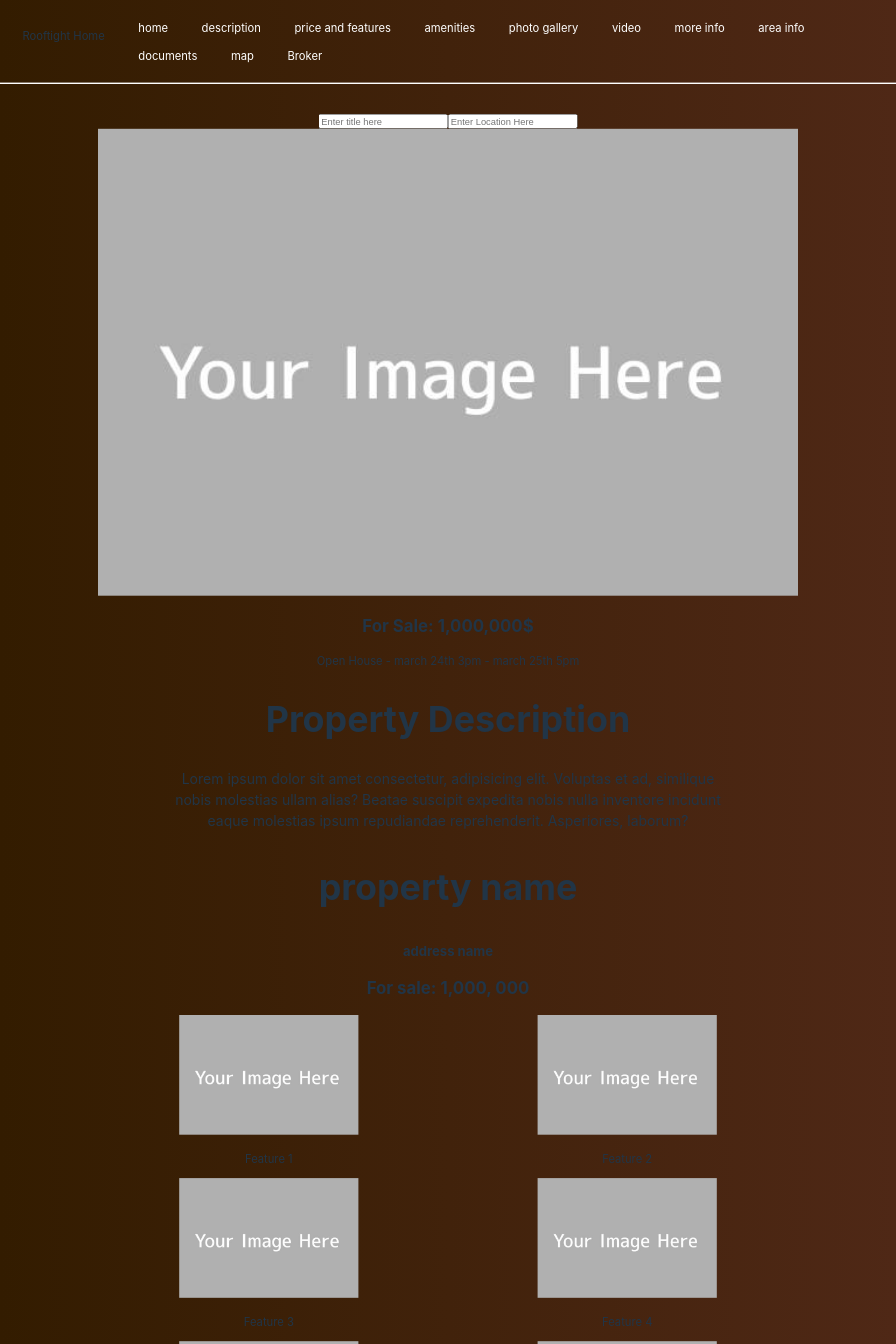
Repository: TMuse333/real_estate_property
Page: /create-property
The author's editor kept a copy of each file at every save. The page is drawn from the files as they stood at one save, then again after a run of saves.
The browser window is 1280 px wide. The pictures show the part of the page from y = 0 to 1920 px (the page is 10025 px tall before and 9476 px after), at 70% of full size.
The project was rebuilt for these pictures with package versions that can differ from the ones it lists, and the page was loaded fresh each time. Also part of the build but not shown: vite.config.js, src/components/newPage/newPage.jsx, src/components/homepage/homepage.jsx, src/data/data.js, src/components/createPage/createPage.css, src/components/createPage/createPage.jsx.

Above is the page before, as saved 2024-04-15 06:01:05.

### index.html
<!doctype html>
<html lang="en">
  <head>
    <meta charset="UTF-8" />
    <link rel="icon" type="image/svg+xml" href="/vite.svg" />
    <meta name="viewport" content="width=device-width, initial-scale=1.0" />
    <title>Rooftight Home</title>
  </head>
  <body>
    <div id="root"></div>
    <script type="module" src="/src/main.jsx"></script>
  </body>
</html>

### src/main.jsx
import './index.css'
import * as React from 'react';
import { StrictMode } from 'react';
import { createRoot } from 'react-dom/client';
import { BrowserRouter } from 'react-router-dom';


import App from './App';

const rootElement = document.getElementById('root');
const root = createRoot(rootElement);

root.render(
  // <StrictMode>
    <BrowserRouter>

    <App />


    </BrowserRouter>
  // </StrictMode>
);

### src/index.css
:root {
  font-family: Inter, system-ui, Avenir, Helvetica, Arial, sans-serif;
  line-height: 1.5;
  font-weight: 400;

  color-scheme: light dark;
  color: rgba(255, 255, 255, 0.87);
  background-color: #242424;

  font-synthesis: none;
  text-rendering: optimizeLegibility;
  -webkit-font-smoothing: antialiased;
  -moz-osx-font-smoothing: grayscale;
  /* overflow-x: hidden; */
}

a {
  font-weight: 500;
  color: #646cff;
  text-decoration: inherit;
}
a:hover {
  color: #535bf2;
}

body {
  margin: 0;
  display: flex;
  place-items: center;
  /* min-width: 320px; */
  min-height: 100vh;
}

h1 {
  font-size: 3.2em;
  line-height: 1.1;
}

button {
  border-radius: 8px;
  border: 1px solid transparent;
  padding: 0.6em 1.2em;
  font-size: 1em;
  font-weight: 500;
  font-family: inherit;
  background-color: #1a1a1a;
  cursor: pointer;
  transition: border-color 0.25s;
}
button:hover {
  border-color: #646cff;
}
button:focus,
button:focus-visible {
  outline: 4px auto -webkit-focus-ring-color;
}

@media (prefers-color-scheme: light) {
  :root {
    color: #213547;
    background-color: #ffffff;
  }
  a:hover {
    color: #747bff;
  }
  button {
    background-color: #f9f9f9;
  }
}

### src/App.jsx
import React, { useState ,useEffect} from 'react';
import { Routes, Route } from 'react-router-dom';

import Homepage from './components/homepage/homepage';
import Property from './components/property/property';
import NewPage from './components/newPage/newPage';
import CreatePage from './components/createPage/createPage';
import { ImageProvider } from './context/imageContext';


function App() {








  // Function to add a new route to the code2 state


  return (

     <ImageProvider>


      <Routes>
        <Route path="/" element={<Property />} />
        {/* <Route path="/property" element={<Property />} /> */}
        <Route path='create-page'
        element={<CreatePage/>}>

        </Route>

       <Route path='create-property'
       element={<Property
       inputVariant={true}/>}>

       </Route>

      </Routes>
      </ImageProvider>

  );
}

export default App;

### src/components/property/property.jsx
import React from "react";
import ImageSlider from "../carousel2/carosuel2";
import Features from "../features/features";
import img from '../../media/place-holder.jpg'

import kakashi from '../../media/kakashi_susanoo.jpg';
import sasuke from '../../media/sasuke.jpg';
import vegeta from '../../media/majin-vegeta.png';

import './property.css'
import ProductCarousel from "../productCarousel/productCarousel";
import Documents from "../documents/documents";
import GoogleMaps from "../maps/googleMaps";
import Testimonials from "../testimonials/testimonials";
import Profile from "../realtorProfile/profile";
import Footer from "../footer/footer";
import Navbar from "../navbar/navbar";
import HydroList from "../hydrolist/hydrolist";
import { hydroText } from "../../data/data";
import { useEffect } from "react";





const Property = ({propertyHerobanner,
  propertyPrice, propertyOpeningDate,
  propertyClosingDate,
  propertyMainDescription,
  propertyDescription2,
  propertyDescription3,
  propertyVideo,

  featureAttributes,
  sliderImages, carouselImages1,
  carouselImages2,
  documents,
  factsList,
  profile,
  inputVariant


  }) => {


useEffect(()=>{
    console.log('the property herobanner is',
    propertyHerobanner)
},[propertyHerobanner])

    return (

        <>

        {!inputVariant ? (




        <section className="property-container ">
            <Navbar/>

            <div className="property-herobanner"
            id='home'>

                <h1>A lovely Rooftight Home</h1>
                <h2>Bedford, Nova Scotia</h2>


            <img className="property-hero"
            src={propertyHerobanner || img}
            />
 <h2><strong>For Sale:</strong> {propertyPrice || '1,000,000$'}</h2>

 <p className="open-house-hours">
    Open House - {propertyOpeningDate || 'march 24th 3pm'} - {propertyClosingDate || 'march 25th 5pm'}
 </p>

                 </div>
                 <h1 id='description'>Property Description</h1>
                 <p className="main-description-p">
                    {propertyMainDescription ||
                    'Lorem ipsum dolor sit amet consectetur, adipisicing elit. Voluptas et ad, similique nobis molestias ullam alias? Beatae suscipit expedita nobis nulla inventore incidunt eaque molestias ipsum repudiandae reprehenderit. Asperiores, laborum?'}
                 </p>

                 <Features
                //  {...featureAttributes}
                 />

                 <ImageSlider
                 images={sliderImages}/>

                 <h1>Video</h1>

                 <img className="property-video"
                  src={ propertyVideo || img}
                  id='video'
                 />

                 <div className="property-images-grid">
                    <img src={img}/>
                    <img src={img}/>
                    <img src={img}/>
                    <img src={img}/>
                 </div>

                <section className="title-paragraph-container"
                id='more-info'>


                 <h1>Title Here</h1>
                 <p className="main-description-p">{propertyDescription2 || 'Lorem ipsum, dolor sit amet consectetur adipisicing elit. Asperiores, quis dolorem illo, quasi debitis dolore exercitationem reprehenderit culpa impedit officiis explicabo unde, ab fugiat. Maxime reiciendis quae possimus voluptates repellat facilis eum delectus libero magni quod vero modi iusto officiis alias, excepturi, odio animi voluptatum nulla dolorum illo ratione unde.'}</p>
                </section>



                <ProductCarousel
                horizontal={true}
                images={carouselImages1}
                />

<section className="title-paragraph-container">


<h1>Title Here</h1>
<p className="main-description-p">{propertyDescription3 || 'Lorem ipsum, dolor sit amet consectetur adipisicing elit. Asperiores, quis dolorem illo, quasi debitis dolore exercitationem reprehenderit culpa impedit officiis explicabo unde, ab fugiat. Maxime reiciendis quae possimus voluptates repellat facilis eum delectus libero magni quod vero modi iusto officiis alias, excepturi, odio animi voluptatum nulla dolorum illo ratione unde.'}</p>
</section>


<ProductCarousel
horizontal={true}
images={carouselImages2}/>

<Documents
{...documents}/>

<GoogleMaps/>

<HydroList

text={factsList}/>

<Profile
id='profile'


// profile={profile}
/>

<Footer/>



        </section>

) : (

    <section className="property-container ">
    <Navbar/>

    <div className="property-herobanner"
    id='home'>

        <input className="h1-input"
        placeholder="Enter title here"></input>
       <input className="h2-input"
       placeholder="Enter Location Here">

       </input>


    <img className="property-hero"
    src={propertyHerobanner || img}
    />
<h2><strong>For Sale:</strong> {propertyPrice || '1,000,000$'}</h2>

<p className="open-house-hours">
Open House - {propertyOpeningDate || 'march 24th 3pm'} - {propertyClosingDate || 'march 25th 5pm'}
</p>

         </div>
         <h1 id='description'>Property Description</h1>
         <p className="main-description-p">
            {propertyMainDescription ||
            'Lorem ipsum dolor sit amet consectetur, adipisicing elit. Voluptas et ad, similique nobis molestias ullam alias? Beatae suscipit expedita nobis nulla inventore incidunt eaque molestias ipsum repudiandae reprehenderit. Asperiores, laborum?'}
         </p>

         <Features
        //  {...featureAttributes}
         />

         <ImageSlider
         images={sliderImages}/>

         <h1>Video</h1>

         <img className="property-video"
          src={ propertyVideo || img}
          id='video'
         />

         <div className="property-images-grid">
            <img src={img}/>
            <img src={img}/>
            <img src={img}/>
            <img src={img}/>
         </div>

        <section className="title-paragraph-container"
        id='more-info'>


         <h1>Title Here</h1>
         <p className="main-description-p">{propertyDescription2 || 'Lorem ipsum, dolor sit amet consectetur adipisicing elit. Asperiores, quis dolorem illo, quasi debitis dolore exercitationem reprehenderit culpa impedit officiis explicabo unde, ab fugiat. Maxime reiciendis quae possimus voluptates repellat facilis eum delectus libero magni quod vero modi iusto officiis alias, excepturi, odio animi voluptatum nulla dolorum illo ratione unde.'}</p>
        </section>



        <ProductCarousel
        horizontal={true}
        images={carouselImages1}
        />

<section className="title-paragraph-container">


<h1>Title Here</h1>
<p className="main-description-p">{propertyDescription3 || 'Lorem ipsum, dolor sit amet consectetur adipisicing elit. Asperiores, quis dolorem illo, quasi debitis dolore exercitationem reprehenderit culpa impedit officiis explicabo unde, ab fugiat. Maxime reiciendis quae possimus voluptates repellat facilis eum delectus libero magni quod vero modi iusto officiis alias, excepturi, odio animi voluptatum nulla dolorum illo ratione unde.'}</p>
</section>


<ProductCarousel
horizontal={true}
images={carouselImages2}/>

<Documents
{...documents}/>

<GoogleMaps/>

<HydroList

text={factsList}/>

<Profile
id='profile'


// profile={profile}
/>

<Footer/>



</section>
)}

        </>
    )
}

export default Property

### src/components/property/property.css
.property-images-grid img, .property-video{
    width:90vw;
    object-fit: cover;
    margin:0 auto;

}

.property-container{
    position: absolute;
    top:0;
    left:0;
    text-align: center;
    width:100vw;
    background: linear-gradient(to right, #331c00, #4f2816);



}

.property-images-grid{
    width: 100vw;
}

.property-container{
    overflow-x: hidden;
}

.property-herobanner h1{
    width:90vw;
    margin: 1rem auto 0 auto;
    font-size: 2rem;
}

.property-video {
    width:90vw;
    margin-bottom: 3rem;
    max-width: 650px;
    margin: 0 auto;

}

.main-description-p{
    max-width: 800px;
    margin: 0 auto;
}

.property-hero{
    width:100vw;
    /* max-height: 800px; */
    /* height:80vh; */
    object-fit: cover;
    max-width: 1000px;
    margin: 0 auto;
}

.title-paragraph-container{
    margin-bottom: -2rem;
}

.title-paragraph-container p{
text-align: left;
margin: 0 auto;
width:90vw;
max-width: 1000px;

}

@media screen and (min-width:655px){

    .property-container{
        margin-top: 5rem;
    }

    .property-images-grid img{
        width:40vw;
        max-width: 500px;

    }
    .property-images-grid{
        display: grid;
        grid-template-columns: minmax(auto, 500px) minmax(auto, 500px); /* Adjusted for max width of 500px
        justify-content: space-evenly;
        gap:2rem;
        /* background-color: red; */
        margin: 2rem auto;
        max-width: 1000px;
        gap:2rem;
        /* background-color: red; */

    }
}

#home{
    scroll-margin-top:5rem;
}

@media screen and (min-width:865px){
    .main-description-p{
        font-size: 1.25rem;
    }
}

### src/components/maps/googleMaps.jsx
import React from "react";


const GoogleMaps = () => {

    return (
        <section className="googleMaps-container"
        id='map'>

            <iframe src="https://www.google.com/maps/embed?pb=!1m18!1m12!1m3!1d45367.46550884047!2d-63.74241534754258!3d44.71008804415194!2m3!1f0!2f0!3f0!3m2!1i1024!2i768!4f13.1!3m3!1m2!1s0x4b598a2454bedb3d%3A0xc3be43c42883144a!2sParks%20of%20West%20Bedford!5e0!3m2!1sen!2sca!4v1711490234699!5m2!1sen!2sca"
             width="600"
              height="450"
               style={{
                border:0
               }}
                allowfullscreen=""
                 loading="lazy"
                  referrerpolicy="no-referrer-when-downgrade">

                  </iframe>
        </section>
    )
}

export default GoogleMaps

### src/components/features/features.css
.feature img{
    width:20vw;
}

.features-grid{
    width:100vw;
    display: grid;
    grid-template-columns: 20vw 20vw;
    justify-content: space-evenly;
}

.amenity{
    display: flex;


    justify-content: center;
    align-items: center;
}

.amenities-box{
    border:2px solid white;
    display: grid;
    grid-template-columns: 40vw 40vw;
    justify-content: space-evenly;

}

.amenities-container{
    margin-bottom: 4rem;
}

### src/components/documents/document.css
.documents-grid {
    display: grid;
    width: 100vw;
    margin: 3rem auto;
    justify-content: space-around;
    grid-template-columns: 20% 20%; /* Adjust the min and max widths as needed */
    gap: 1rem; /* Adjust the gap between columns as needed */
    /* background-color: red; */
    max-width: 1200px;
}

.documents-container{
    /* background-color: rgb(18, 5, 5); */
    position: relative;
}

.document-details{
    width:20vw;
    height:30vw;

    max-width: 200px;
    max-height: 270px;
    /* position: absolute;
    left:50%;
    transform: translateX(-50%); */
    background-color: rgb(43, 51, 57);
    transition: 0.3s ease-in;

}


.documents-grid img{
    width:20vw;
    height:30vw;

    max-width: 200px;
    max-height: 270px;
    object-fit: cover;
}

.document{
    transition: 0.3s ease-in;
    padding:0;
    /* background-color: red; */
    /* width:min-content; */
    margin: 0 auto;

    margin-bottom: 1rem;;
    /* display: flex; */

    /* background-color: red; */

    /* flex-direction: row-reverse; */

}

### src/components/testimonials/testimonials.css
.testimonial-container{
    width:100vw;
    /* background-color: var(--primary-color); */
 /* padding-bottom: 4rem; */
 margin-top: 5rem;
 margin-bottom: 8rem;



 position: relative;

    /* border: 2px solid white; */
}

.testimonial {
    background: radial-gradient(circle at center, rgba(111, 89, 2, 0.7), rgba(160, 117, 48, 0.7));
    padding-left: 1rem;
    text-align: left;
    padding-bottom: 40px;
    width:80vw;
   display: flex;
   flex-direction: column;
   margin-left: auto;
   margin-right: auto;
   /* height:500px; */


}

.quote{

    font-weight: bold;
    font-size: 1.2rem;
}

.effect{
    font-weight: 500;
    font-family: 'spartan',sans-serif;
    font-size: 20px;
    white-space: pre-line;
}

.author {
    margin-top: 0rem;
    font-weight: bold;
    font-size:1rem;
}

.title{
    margin-top: -1rem;
    font-size:20px;
}

.arrow-container{
    display: flex;
    align-items: center;


}

.arrow{

    font-size: 3rem;
    /* display: none; */

}

.arrow-right{
    /* right:0; */
}

.center{
    margin-left: auto;
    margin-right: auto;
}

@media screen and (min-width:655px){
    .quote{
        font-size: 2rem;
    }
    .testimonial{
        height:auto
    }
}


@media screen and (min-width: 865px) {
    /* .testimonial{

    max-width: 600px;


    } */

    .effect{

    }

    .work-container .button{
        margin-top: 2rem;
    }

    .arrow-container{
        max-width: 800px;
        margin-left: auto;
        margin-right: auto;

    }



    .arrow{
       font-size: 5rem;
    }
}

### src/components/realtorProfile/profile.css
.profile-image{
    height:40vh;
    background-color: grey;
   border-radius: 1rem;
}

.profile-container{
    margin-top: 3rem;
    position: relative;
}

.profile-socials img{
    width:35px;
    margin-right: 1rem;

}

.profile-socials{
    width:80vw;
    margin: 0 auto;
    max-width: 300px;
}

.profile-desktop{
    width:100vw;
    background-color: rgb(43, 43, 43);
    /* background-color: blue; */
    /* display: grid; */
    height:40vh;
    display: flex;
    justify-content: space-between;
    max-width: 1000px;
    margin: 0 auto;
    /* grid-template-columns: 33vw 30vw 20vw; */
}

.profile-name{
    padding:0;
}

.profile-h1{

    text-align: center;
}

@media screen and (min-width:800px){
    .profile-socials{
        display: flex;
        align-items: center;
        /* justify-content: flex-end; */
        /* background-color: red; */
        /* margin-left: auto; */
        justify-content: flex-start;
width:auto;
max-width: auto;
margin-left: 2rem;


    }

    .profile-name{
        transform: translateX(50%);

    }

    .input-name{
        display: flex;
        flex-direction: column;
    }

    .input-name input{
        padding:0.5rem;
        border-radius: 1rem;
        border: 2px solid transparent;
        margin-bottom: 1.5rem;
    }

    .profile-image{
        position: absolute;
        left:50%;
        transform:translateX(-50%);
        top:0%;
    }

    .profile-contacts{
        margin-right: 2rem;

        text-align: center;
    }
}

### src/components/footer/footer.css
.footer-grid {
    width:100vw;
    display: grid;
    grid-template-columns: repeat(auto-fill, minmax(40vw, 1fr)); /* Adjust the min and max widths as needed */
    gap: 1rem; /* Adjust the gap between columns as needed */
margin-left: auto;
margin-right: auto;
margin-bottom: 0rem;
    justify-content: center;

  }

  .footer-grid p{
    margin-bottom: 0;
  }

  .q3-link{
    margin-top: 4rem !important;
    color:white;
    transition: all 0.1s ease-in;
    margin-bottom: 3rem;
    padding: 1rem;
    width: fit-content;
    /* background-color: red; */
    margin: 0 auto 1rem auto;
    border-radius: 1rem;
  }

  @media screen and (min-width:655px){
    .footer-grid{
        grid-template-columns: 200px 200px 200px;
        gap:0;
        margin-bottom: -1rem;

        max-width: 900px;
    }
  }

### src/components/navbar/navbar.css
.navbar-container{
    position: fixed;
    top:0;
    left:0;
    width:100vw;
    background-color: rgb(61, 61, 61);
    display: flex;
    justify-content: space-between;
    height:80px;
    align-items: center;
    z-index: 999;
    background: linear-gradient(to right, #331c00, #4f2816);
    border-bottom: 2px solid white;
}

.menu-icon {
    display: flex;
    flex-direction: column;
    cursor: pointer;
    /* margin-top: 1rem;
    margin-right: 0.5rem; */
  }

  .bar {
    width: 25px;
    height: 3px;
    background-color: rgb(255, 255, 255);
    margin: 2px 0;
    transition: 0.4s;
    margin-right: 2rem;
  }

  .menu-open .bar:nth-child(1) {
    transform: rotate(-45deg) translate(-5px, 6px);
  }

  .menu-open .bar:nth-child(2) {
    opacity: 0;
  }

  .menu-open .bar:nth-child(3) {
    transform: rotate(45deg) translate(-5px, -6px);
  }

  .navbar-container span{
    margin-left:2rem;
  }

  .expanded-nav{
    height:100vh;
    background-color: rgba(0, 0, 0, 0.85);

    width:100vw;
    position: fixed;
    top:80px;
    transition: all 0.3s ease-in;
    /* position: absolute;
    bottom:0;
    left:0; */

  }

  .navbar-wrapper{
    position: relative;
    height:80px;
  }

  @media screen and (min-width:655px){
    .navbar-container{
        display: flex;
        justify-content: flex-start;
        height:120px;
        padding-bottom: 1rem;
    }

    .navbar-items{
        display: flex;
        width:80vw;
        flex-wrap: wrap;

    }

    .navbar-items p{
        margin-left: 3rem;
        height:min-content;
        margin-bottom: 0;
    }
  }

### src/components/imageUploader/imageUploader.css
.uploaded-image{
    height:30vh;
}

.image-uploader {
    max-width: 400px; /* Set a maximum width */
    margin: 0 auto; /* Center the container horizontally */
    padding: 20px; /* Add some padding for spacing */
    border: 2px dashed #ccc; /* Add a dashed border for visual indication */
    text-align: center; /* Center align the text */
    background-color: #00bfff;
  }

  .image-uploader-container label {
    cursor: pointer; /* Change cursor to pointer when hovering over the label */
  }

  .image-uploader-container img {
    max-width: 100%; /* Make sure the image fits within the container */
    margin-top: 20px; /* Add some space between the label and the image */
  }

  .image-preview img{
    height:100px;
    object-fit: cover;
    height:40vh;
  }

  .import-image{
    display: flex;

    flex-direction: column;
  }

  .image-preview {
    /* height:100px; */
    object-fit: cover;
    height:40vh;
    width:30vw;
  }

  .import-image input{
    margin-top: 1rem;
    margin:1rem auto 0rem auto;
  }



  .profile-image-uploader{
    background-color: rgb(31, 28, 28);
    height:40vh;
    position: absolute;
    transform: translateX(-50%);
    left:50%;
    display: flex;

    justify-content: center;

  }

Loaded but not shown: src/components/realtorProfile/profile.jsx (429 lines, source omitted); src/components/productCarousel/productCarousel.jsx (293 lines, source omitted); src/components/carousel2/carosuel2.jsx (269 lines, source omitted); src/components/hydrolist/hydrolist.jsx (195 lines, source omitted); src/components/imageUploader/imageUploader.jsx (137 lines, source omitted); src/components/navbar/navbar.jsx (156 lines, source omitted); src/components/documents/documents.jsx (102 lines, source omitted); src/components/footer/footer.jsx (102 lines, source omitted); src/components/testimonials/testimonials.jsx (82 lines, source omitted); src/components/features/features.jsx (77 lines, source omitted); src/components/hydrolist/hydrolist.css (146 lines, source omitted); src/components/carousel2/carousel2.css (135 lines, source omitted); src/context/imageContext.jsx (66 lines, source omitted); src/components/productCarousel/productCarousel.css (102 lines, source omitted)

After the next 2 saves:
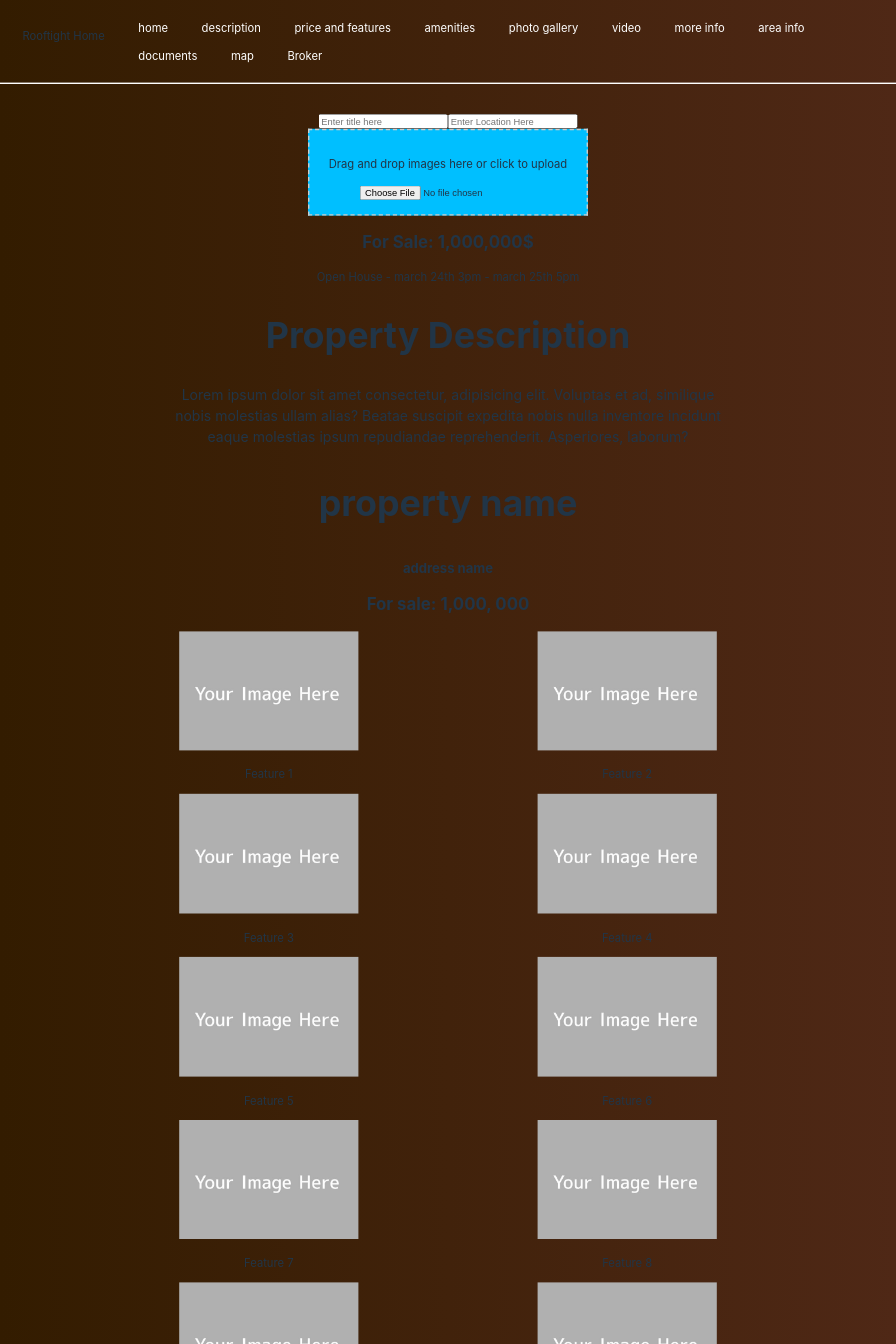
The 2 saves are shown as one change because 1 did not build or start.
The last was saved 19 s later.
--- a/src/components/property/property.jsx
+++ b/src/components/property/property.jsx
@@ -18,6 +18,7 @@ import Navbar from "../navbar/navbar";
 import HydroList from "../hydrolist/hydrolist";
 import { hydroText } from "../../data/data";
 import { useEffect } from "react";
+import ImageUploader from "../imageUploader/imageUploader";
 
 
 
@@ -169,9 +170,7 @@ id='profile'
        </input>
 
 
-    <img className="property-hero"
-    src={propertyHerobanner || img}
-    />
+ <ImageUploader/>
 <h2><strong>For Sale:</strong> {propertyPrice || '1,000,000$'}</h2>
 
 <p className="open-house-hours">
